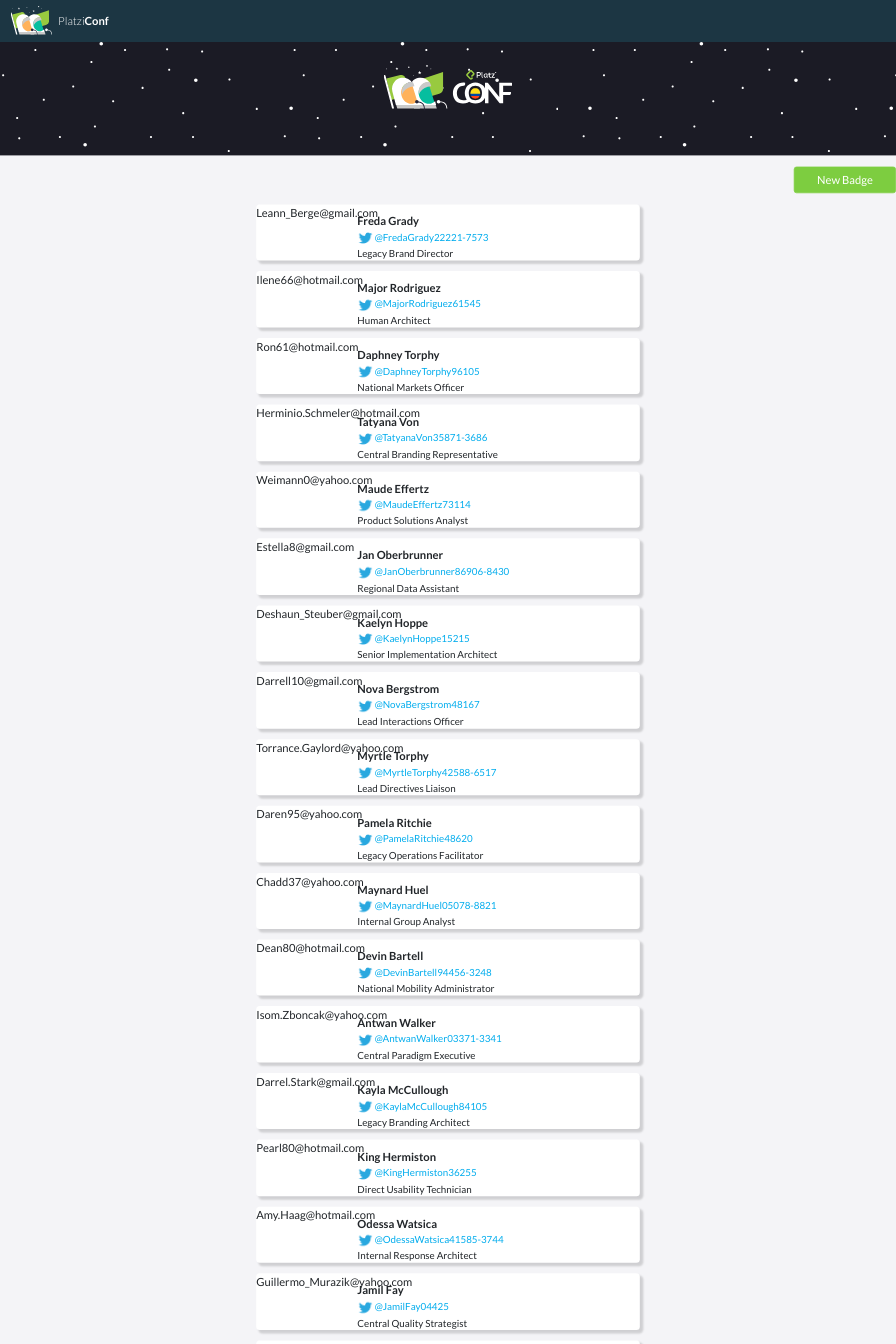
Repository: FranCodeCafe/fran-platzi-badges
Page: /badges
These files come from the project's save history. The page is drawn as it stood at one moment and after the next save; the edit follows.
The browser window is 1280 px wide. The pictures show the part of the page from y = 0 to 1920 px (the page is 5307 px tall before and 8696 px after), at 70% of full size.
Pictures or frames that could not be fetched are drawn as grey boxes. The project was rebuilt for these pictures with package versions that can differ from the ones it lists, and the page was loaded fresh each time. Requests to the local data server were answered from the project's data file. Also part of the build but not shown: src/pages/styles/Home.css, src/pages/Home.js, src/pages/styles/BadgeNew.css, src/components/Badge.js, src/components/BadgeForm.js, src/pages/BadgeNew.js, src/components/styles/PageLoading.css, src/components/styles/Loader.css and 4 more.

Above is the page before, as saved 2020-01-23 11:05:33.

### src/global.css
@import url('https://fonts.googleapis.com/css?family=Lato:300,400,700');
@import url('https://fonts.googleapis.com/css?family=Anton');


* {
  -webkit-font-smoothing: antialiased;
  -moz-osx-font-smoothing: grayscale;
}

body {
  font-family: 'Lato', 'Helvetica Neue', sans-serif;
  background-color: #F4F4F7;
}

h1 {
  font-family: 'Anton', sans-serif;
}

a.link-unstyled {
  color: inherit;
}

a.link-unstyled:hover {
  color: inherit;
  text-decoration: none;
}

.btn {
  padding: 0.375rem 2rem;
}

.btn.btn-primary {
  color: #fff;
  background-color: #7DCD40;
  border-color: #7DCD40;
}

.btn.btn-primary:not(:disabled):not(.disabled):hover {
  color: #fff;
  background-color: #7DCD40;
  border-color: #7DCD40;
}

.btn.btn-primary:not(:disabled):not(.disabled):active {
  color: #fff;
  background-color: #7DCD40;
  border-color: #7DCD40;
}

.btn.btn-primary:not(:disabled):not(.disabled):focus {
  box-shadow: 0 0 0 0.2rem rgba(125, 205, 64, 0.5);
}

.btn.btn-danger {
  color: #fff;
  background-color: #CD4040;
  border-color: #CD4040;
}

.btn.btn-danger:not(:disabled):not(.disabled):hover {
  color: #fff;
  background-color: #CD4040;
  border-color: #CD4040;
}

.btn.btn-danger:not(:disabled):not(.disabled):active {
  color: #fff;
  background-color: #CD4040;
  border-color: #CD4040;
}

.btn.btn-danger:not(:disabled):not(.disabled):focus {
  box-shadow: 0 0 0 0.2rem rgba(255, 64, 64, 0.5);
}

### src/components/App.js
import React from 'react';
import { BrowserRouter, Switch, Route } from 'react-router-dom';
import Layout from '../components/Layout';
import Home from '../pages/Home';
import BadgeNew from '../pages/BadgeNew';
import Badges from '../pages/Badges';
import NotFound from '../pages/NotFound';

function App() {
  return (
    <BrowserRouter>
      <Layout>
        <Switch>
          <Route exact path="/" component={Home}/>
          <Route exact path="/badges" component={Badges}/>
          <Route exact path="/badges/new" component={BadgeNew}/>
          <Route component={NotFound}/>
        </Switch>
      </Layout>
    </BrowserRouter>
  );
}

export default App;

### src/components/Layout.js
import React from 'react';
import Navbar from './Navbar';


function Layout(props){
    // const children = props.children;
    return (
        <React.Fragment>
            <Navbar />
            {props.children}
        </React.Fragment>

    );
}




export default Layout;

### src/pages/Badges.js
import React from 'react';
import { Link } from 'react-router-dom';
import './styles/Badges.css';
import confLogo from '../images/badge-header.svg';
import BadgesList from '../components/BadgesList';
import PageLoading from '../components/PageLoading';
import PageError from '../components/PageError';
import api from '../api';

class Badges extends React.Component {
  state = {
    loading: true,
    error: null,
    data: undefined,
  };


  componentDidMount(){
      this.fetchData();
  }


  fetchData = async() => {
    this.setState({ loading: true, error: null })

    try {
      const data = await api.badges.list();
      this.setState({ loading: false, data: data })

    }catch (error){
      this.setState({ loading: false, error: error })
    }
  }


  render() {
    if(this.state.loading === true){
      return <PageLoading />;
    }

    if(this.state.error){
      return <PageError error = {this.state.error} />;
    }


    return (
      <React.Fragment>
        <div className="Badges">
          <div className="Badges__hero">
            <div className="Badges__container">
              <img className="Badges_conf-logo"
                src={confLogo}
                alt="Logo"
              />
            </div>
          </div>
        </div>

        <div className="Badge_container">
          <div className="Badges__buttons">
            <Link to="/badges/new" className="btn btn-primary">
              New Badge
            </Link>
          </div>

          <div className="Badges__list">
            <div className="Badges__container">
              <BadgesList badges={this.state.data}/>
            </div>
          </div>
        </div>
      </React.Fragment>
    );
  }
}

export default Badges;

### src/components/Navbar.js
import React from 'react';

import './styles/Navbar.css';
import logo from '../images/logo.svg';
import { Link } from 'react-router-dom';

class Navbar extends React.Component {
  render() {
    return (
      <div className="Navbar">
        <div className="container-fluid">
          <Link className="Navbar__brand" to="/">
            <img className="Navbar__brand-logo" src={logo} alt="Logo" />
            <span className="font-weight-light">Platzi</span>
            <span className="font-weight-bold">Conf</span>
          </Link>
        </div>
      </div>
    );
  }
}

export default Navbar;

### src/api.js
const BASE_URL = 'http://localhost:3001';

const delay = ms => new Promise(resolve => setTimeout(resolve, ms));
const randomNumber = (min = 0, max = 1) =>
  Math.floor(Math.random() * (max - min + 1)) + min;
const simulateNetworkLatency = (min = 30, max = 1500) =>
  delay(randomNumber(min, max));

async function callApi(endpoint, options = {}) {
  await simulateNetworkLatency();

  options.headers = {
    'Content-Type': 'application/json',
    Accept: 'application/json',
  };

  const url = BASE_URL + endpoint;
  const response = await fetch(url, options);
  const data = await response.json();

  return data;
}

const api = {
  badges: {
    list() {
      return callApi('/badges');
    },
    create(badge) {
      return callApi(`/badges`, {
        method: 'POST',
        body: JSON.stringify(badge),
      });
    },
    read(badgeId) {
      return callApi(`/badges/${badgeId}`);
    },
    update(badgeId, updates) {
      return callApi(`/badges/${badgeId}`, {
        method: 'PUT',
        body: JSON.stringify(updates),
      });
    },
    // Lo hubiera llamado `delete`, pero `delete` es un keyword en JavaScript asi que no es buena idea :P
    remove(badgeId) {
      return callApi(`/badges/${badgeId}`, {
        method: 'DELETE',
      });
    },
  },
};

export default api;

### src/components/BadgesList.js
import React from 'react';
import {Link} from 'react-router-dom';
import './styles/BadgesList.css';
import twitterLogo from '../images/twitter.png';
import Gravatar from './Gravatar';

class BadgesList extends React.Component {
  render() {
    if(this.props.badges.length === 0){
      return (
        <div>
          <h3>No badges were found</h3>
          <Link className="btn btn-primary" to="/badges/new">
            Create new badge
          </Link>
        </div>
      )
    }


    return (
      <ul className="list-unstyled">
        {this.props.badges.map((badge) => {
            return (
              <div className="badges-list-container">
                <div className="row">
                  <div className="col-3">
                    <li key={badge.id}>
                    <div>{badge.email}</div>
                      {/* <Gravatar src="" alt="Avatar"/> */}
                    </li>
                  </div>
                  <div className="col-9">
                    <div className="name">{badge.firstName} {badge.lastName}</div>
                    <div className="twitterID"><img className="twitterLogo" src={twitterLogo} alt="Twitter" />  @{badge.twitter}</div>
                    <div className="jobTitle">{badge.jobTitle}</div>
                  </div>
                </div>
              </div>
            )
        })}
      </ul>
    );
  }
}

export default BadgesList;

### src/components/PageLoading.js
import React from 'react';
import './styles/PageLoading.css';
import Loader from './Loader';

function PageLoading(){
    return (
        <div className="PageLoading">
            <Loader />
        </div>
    );
}

export default PageLoading;

### src/components/styles/BadgesList.css

.badges-list-container{
    background-color: #ffffff;
    margin-bottom: 15px;
    border-radius: 5px;
    box-shadow: 4px 4px 3px 1px rgba(0,0,0,0.15);
}

.twitterLogo{
    width: 22px;
    height: auto;
}

.twitterID{
    color: #00aced;
    font-size: 14px;
    vertical-align: baseline;

}

.avatar{
    border-radius: 50px;
    margin: 20px;
}

.name{
    font-weight: bold;
    padding: 12px 0px 0px 0px;
}

.jobTitle{
    font-size: 14px;
}

.profile-info{

}

### src/components/styles/Badge.css
.Badge {
  background: #FFFFFF;
  box-shadow: 0 4px 8px 0 rgba(0, 0, 0, 0.10);
  border-radius: 8px 8px 8px 8px;
  overflow: hidden;
  height: 380px;
}

.Badge__header {
  padding: 0.5rem 0;
  height: 80px;
  background: #1B1B25;
  display: flex;
  justify-content: center;
}

.Badge__section-name {
  display: flex;
  justify-content: center;
  align-items: center;
  padding: 1rem 0;
}

.Badge__section-info {
  display: flex;
  flex-direction: column;
  justify-content: center;
  align-items: center;
  padding: 0.5rem 0;
  background: #F4F4F7;
}


.Badge__avatar {
  border-radius: 50%;
  margin-right: 1rem;
  width: 120px;
  height: 120px;
}

.Badge__footer {
  height: 54px;
  display: flex;
  justify-content: center;
  align-items: center;
  color: #98CA3F;
  font-weight: bold;
  font-style: italic;
}

### src/components/Gravatar.js
import React from 'react';
import md5 from 'md5';

function Gravatar(props){
    const email = props.email;
    const hash = md5(email);

    return(
        <img
            className={props.className}
            src={`https://gravatar.com/avatar/${hash}?d=identicon`}
            alt="Avatar"
        />
    )
}


export default Gravatar;

Loaded but not shown: public/index.html (common file); src/index.js (common file); src/pages/styles/Badges.css (common file); src/components/styles/Navbar.css (common file); src/components/Loader.js (common file); server/db.json (common file)

After the next save:
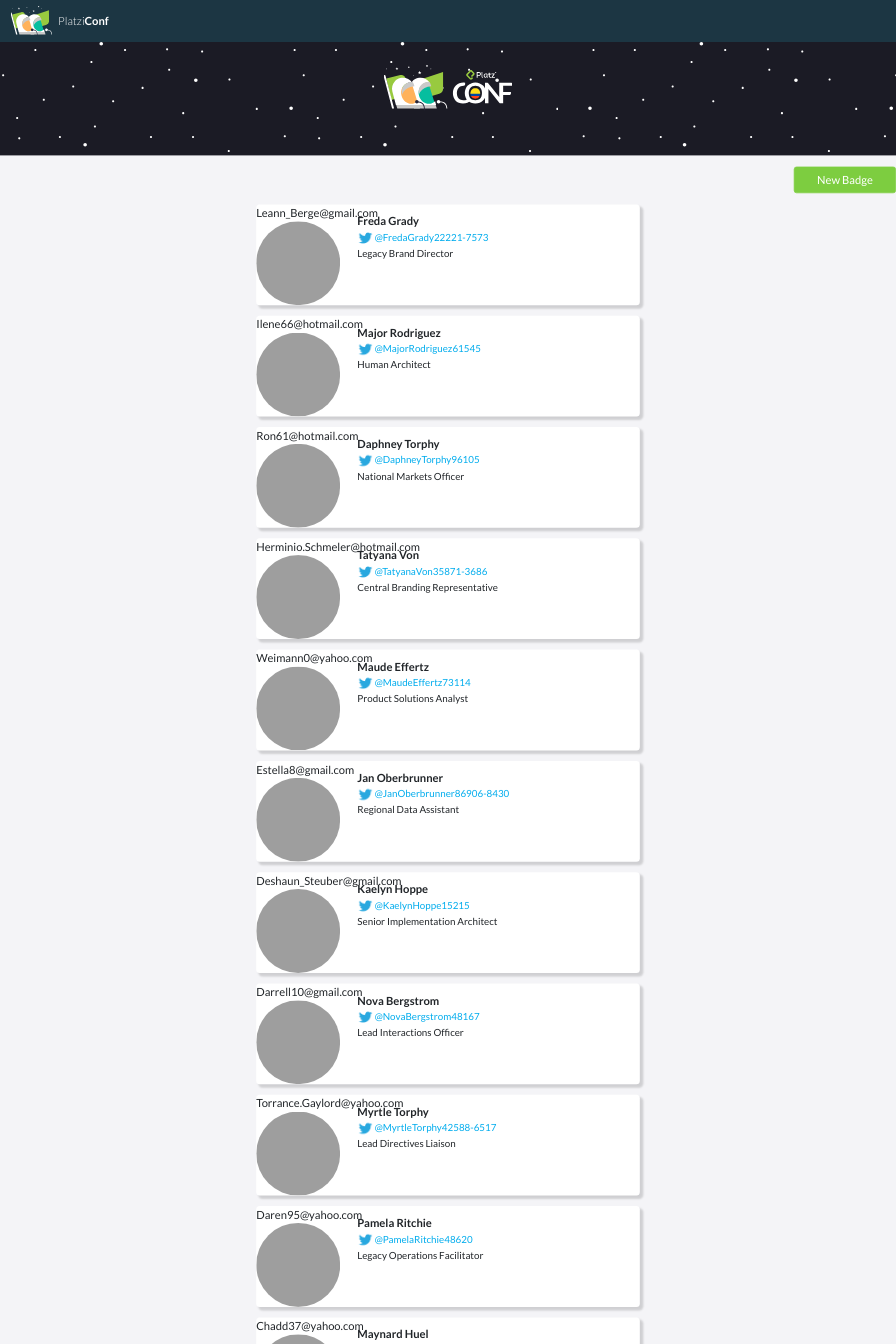
Saved 69 s later.
--- a/src/components/BadgesList.js
+++ b/src/components/BadgesList.js
@@ -27,7 +27,11 @@
                   <div className="col-3">
                     <li key={badge.id}>
                     <div>{badge.email}</div>
-                      {/* <Gravatar src="" alt="Avatar"/> */}
+                    <Gravatar
+                      className="Badge__avatar"
+                      email={badge.email}
+                      alt="Avatar"
+                    />
                     </li>
                   </div>
                   <div className="col-9">
